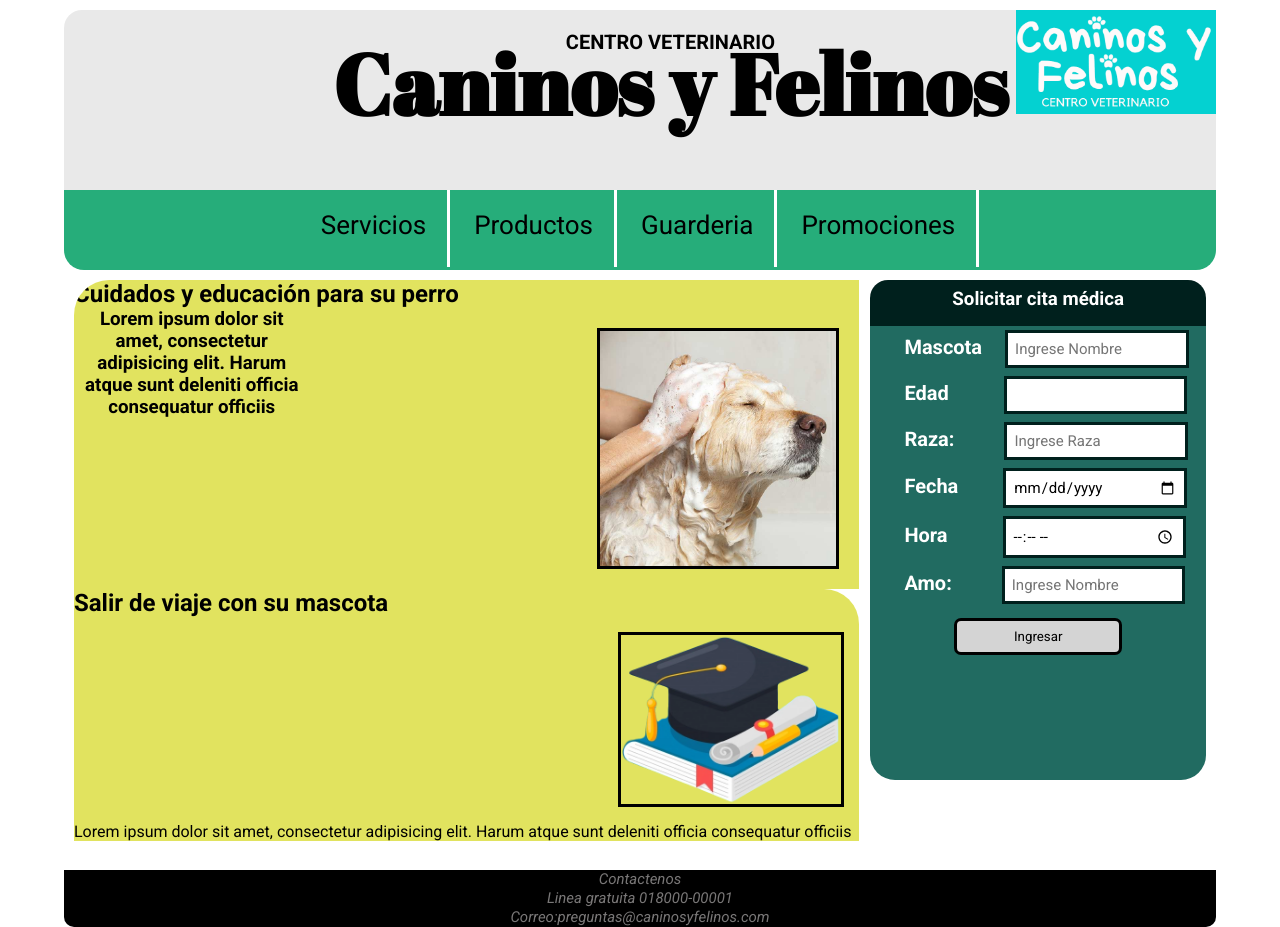
Repository: NickArregoces/Veterinaria
Page: Index.html
The author's editor kept a copy of each file at every save. The page is drawn from the files as they stood at one save, then again after the next save.
The browser window is 1280 px wide. The pictures show the whole page.

Above is the page before, as saved 2021-10-05 17:10:58.

### Index.html
<!DOCTYPE html>
<html lang="en">
<head>
    <meta charset="UTF-8">
    <meta http-equiv="X-UA-Compatible" content="IE=edge">
    <meta name="viewport" content="width=device-width, initial-scale=1.0">
    <title>Canicos y felinos</title>
    <link rel="stylesheet" href="/CSS/Style.css">
    <link href="https://fonts.googleapis.com/css2?family=Roboto:ital,wght@0,100;0,300;0,400;0,500;0,700;0,900;1,100;1,300;1,400;1,500;1,700;1,900&display=swap" rel="stylesheet">
    <link rel="preconnect" href="https://fonts.googleapis.com">
    <link rel="preconnect" href="https://fonts.gstatic.com" crossorigin>
    <link href="https://fonts.googleapis.com/css2?family=Abril+Fatface&display=swap" rel="stylesheet">

</head>
<body>
    <div id="head">
        <header>
            <div class="image">
                <img src="/Images/logo.png" alt="logo">
            </div>
            <div class="title" >
                <h3>CENTRO VETERINARIO</h3>
                <h1>Caninos y Felinos</h1>
            </div>

        </header>

        <div class="navegador">
            <ul class="menu">
                <li><a href="#">Servicios</a></li>
                <li><a href="#">Productos</a></li>
                <li><a href="#">Guarderia</a></li>
                <li><a href="#">Promociones</a></li>
            </ul>
        </div>

    </div>
        <div id="Contenido">
            <div class="section">

                <form action="" class="cita">
                    <h3 style="color: rgb(255, 255, 255);">Solicitar cita médica</h3>
                        <div class="Mascota">
                            <h4>Mascota<input type="text" placeholder="Ingrese Nombre" required></h4>
                        </div>

                        <div class="Edad">
                            <h4>Edad<input type="number" required></h4>
                        </div>

                        <div class="Raza">
                            <h4>Raza:<input type="text" placeholder="Ingrese Raza" required></h4>
                        </div>
                        <div class="Fecha">
                            <h4>Fecha<input type="date" placeholder="" required></h4>
                        </div>

                        <div class="Hora">
                            <h4>Hora<input type="time" required></h4>
                        </div>

                        <div class="Amo">
                            <h4>Amo:<input type="text" placeholder="Ingrese Nombre" required></h4>
                        </div>

                    <div class="button">
                        <button class="sumbit"> Ingresar </button>
                    </div>

                </form>
            </div>

            <div id="Cuadros">
                <aside>
                    <div class="Cuidados">
                        <h2 style="color: rgb(0, 0, 0);">Cuidados y educación para su perro</h2>

                        <div id="Prueba">
                        <img id="Prubea" src="/Images/credit.png" alt="">

                        <h3>Lorem ipsum dolor sit amet, consectetur adipisicing elit.
                            Harum atque sunt deleniti officia consequatur officiis</h3>
                        </div>
                    </div>

                    <div class="Viajes">
                        <h2 style="color: rgb(0, 0, 0);">Salir de viaje con su mascota</h2>

                        <div id="Prueba">
                        <img id="Prubea" src="/Images/Captura de pantalla 2021-10-04 181948.png" alt="">
                        </div>

                        <p>Lorem ipsum dolor sit amet, consectetur adipisicing elit.
                            Harum atque sunt deleniti officia consequatur officiis</p>
                    </div>
                </aside>
            </div>

            <div>
                <footer>
                        <p>Contactenos</p>
                        <p>Linea gratuita 018000-00001</p>
                        <p>Correo:preguntas@caninosyfelinos.com</p>
                </footer>
            </div>
        </div>

</body>
</html>

### CSS/Style.css

*{
    margin: 0 auto;
    padding: 0px;
    list-style:none;
    font-family: 'Roboto', sans-serif;
}
body{
    font-family: Arial, Helvetica, sans-serif;
    background: rgb(255, 255, 255);
    width: 90%;
    color: rgb(0, 0, 0);
}
header{
    width: 100%;
    margin-top: 10px;
    background:rgb(233, 233, 233);
    border-top-left-radius:  18px;
    border-top-right-radius:  18px;
    height: 180px;
}
    img{
        float: right;
        width: 200px;
    }
    .title{
        float: right;
        width: 60%;
        margin-top: 20px;
    }
    header h1{
        font-family: 'Abril Fatface', cursive;
        font-size: 85px;
        text-align: center;
        line-height: 60px;
        display: block;
        color: black;
    }
    header h3{
        font-size: 20px;
        text-align: center;
    }
div.navegador{
    text-align: center;
}
    ul.menu{
        border-bottom-left-radius: 20px 20px;
        border-bottom-right-radius: 20px 20px;
        background: rgb(38, 173, 122);
        height: 80px;
        list-style: none;
        padding: 0;
        max-width: 10000px;
    }
    .menu li a{
        height: 37px;
        font-size: 26px;
        margin-right: 1px;
        text-decoration: none;
        color:black;
        padding: 20px;
        display: inline-block;
    }
    .menu li {
        border-right: solid white;
        display: inline-block;
        }
    .menu li a:hover{
        background: #242323b6;
        color: white;
        }

.section{
    width: 30%;
    float: right;
}
    /*Formulario Login*/
    form{
        background: rgb(33, 107, 97);
        border-radius: 25px;
        margin-top: 10px;
        margin-right:10px;
        margin-bottom: 10px;
        height: 500px;
    }
        form h3{
            text-align: center;
            background: rgb(0, 32, 29);
            height: 30px;
            padding: 8px;
            border-top-left-radius: 18px;
            border-top-right-radius: 18px;
        }
        form h4{
            font-size: 20px;
            padding: 4px;
            margin-left: 30px;
            color: rgb(255, 255, 255);

        }
        form input{
            font-size: 15px;
            width: 55%;
            padding: 7px;
            display: inline;
            border: solid rgb(0, 32, 29);
            margin-left: 10px;
        }
        div.Mascota input {
            margin-left: 23px;
        }
        div.Edad input {
            margin-left: 55px;
        }
        div.Raza input {
            margin-left: 50px;
        }
        div.Fecha input {
            margin-left: 45px;
        }
        div.Hora input {
            margin-left: 55px;
        }
        div.Amo input {
            margin-left: 50px;
        }
        div.button{
            margin-top: 10px;
            margin: auto;
            text-align: center;
            width: 50%;
            cursor: pointer;
        }
        button{
            margin-top: 10px;
            width: 100%;
            padding: 8px;
            background: rgb(212, 212, 212);
            border-radius: 7px;
            border: solid black;
            cursor: pointer;
        }
        button:hover{
            background: #000000b6;
            color: rgb(255, 255, 255);
        }
aside{
    width: 69%;
    height: 580px;
    margin-top: 10px;
    float: left;
    margin-bottom: 10px;
}
    div.Cuidados{
        border-top-left-radius: 35px;
        margin-left: 10px;
        background: rgba(216, 219, 45, 0.76);
        overflow:hidden;
    }
    /*Centrado Imagenes aside*/
    #Prueba{
        float: right;
    }
        div.Cuidados img {
            margin: 20px;
            width: 30%;
            border: solid black;
        }
        /*Efecto Imagenes aside*/
        div img:hover{
            -webkit-transform:scale(0.9);
            transform:scale(0.9);
        }
        div.Cuidados h3{
            width: 30%;
            display: inline-block;
            text-align: center;
        }

    div.Viajes {
        border-top-right-radius: 35px;
        margin-left: 10px;
        background: rgba(216, 219, 45, 0.76);
     }
        div.Viajes img {
            width: 220px;
            margin: 15px;
            border: solid black;
        }
        div.Viajes p{
            display: inline-block;
            text-align: center;
        }

footer{
    background: black;
    clear: both;
    border-bottom-left-radius: 10px;
    border-bottom-right-radius: 10px;
}
    footer p{
        font-size: 15px;
        text-align: center;
        line-height: 15px;
        color: rgb(121, 119, 119);
        font-style:italic;
        padding: 2px;
    }

After the next save:
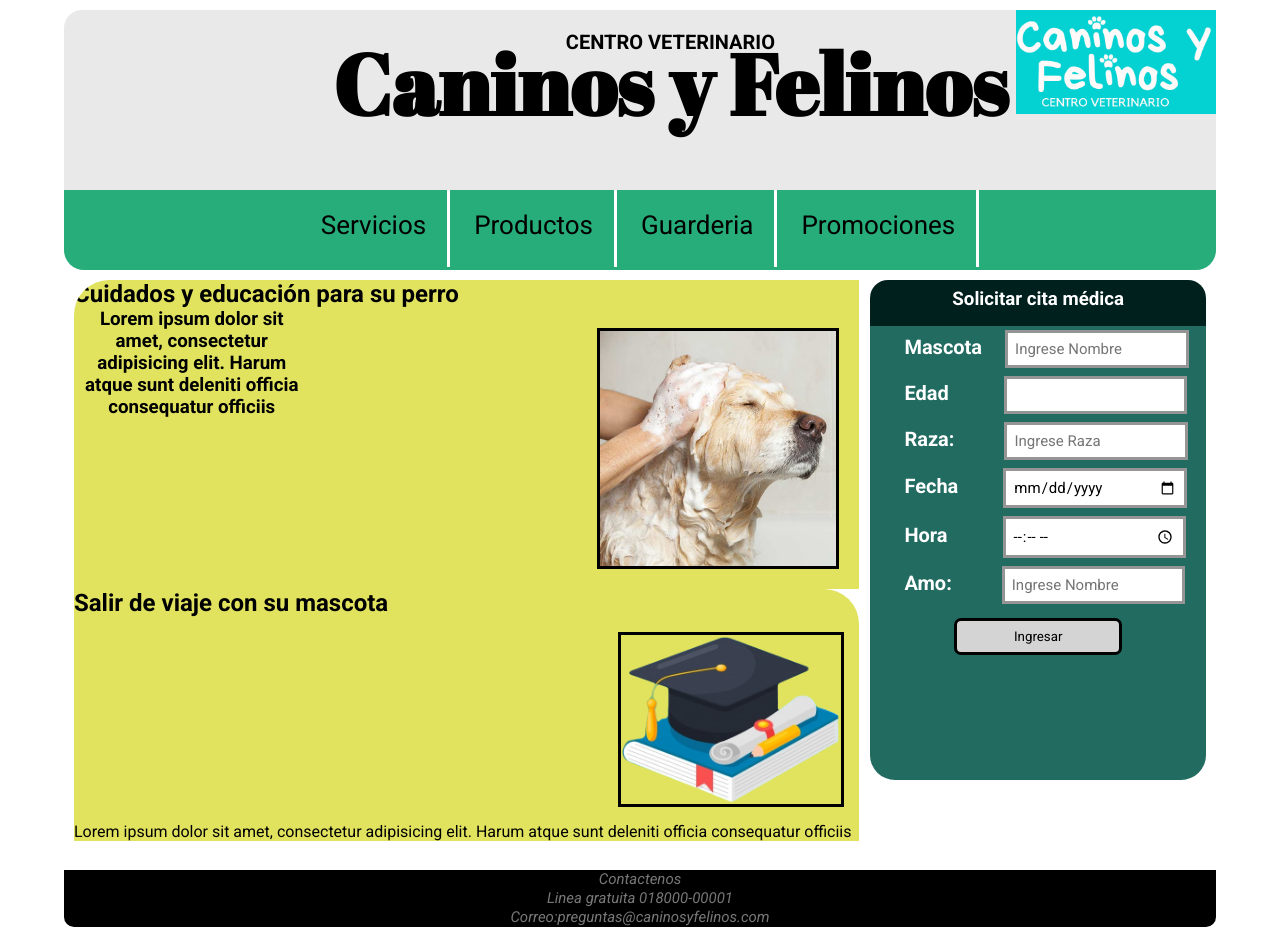
Saved 14 s later.
--- a/CSS/Style.css
+++ b/CSS/Style.css
@@ -103,7 +103,7 @@
             width: 55%;
             padding: 7px;
             display: inline;
-            border: solid rgb(0, 32, 29);
+            border: solid  rgb(149, 149, 149);
             margin-left: 10px;
         }
         div.Mascota input {

After the save that followed:
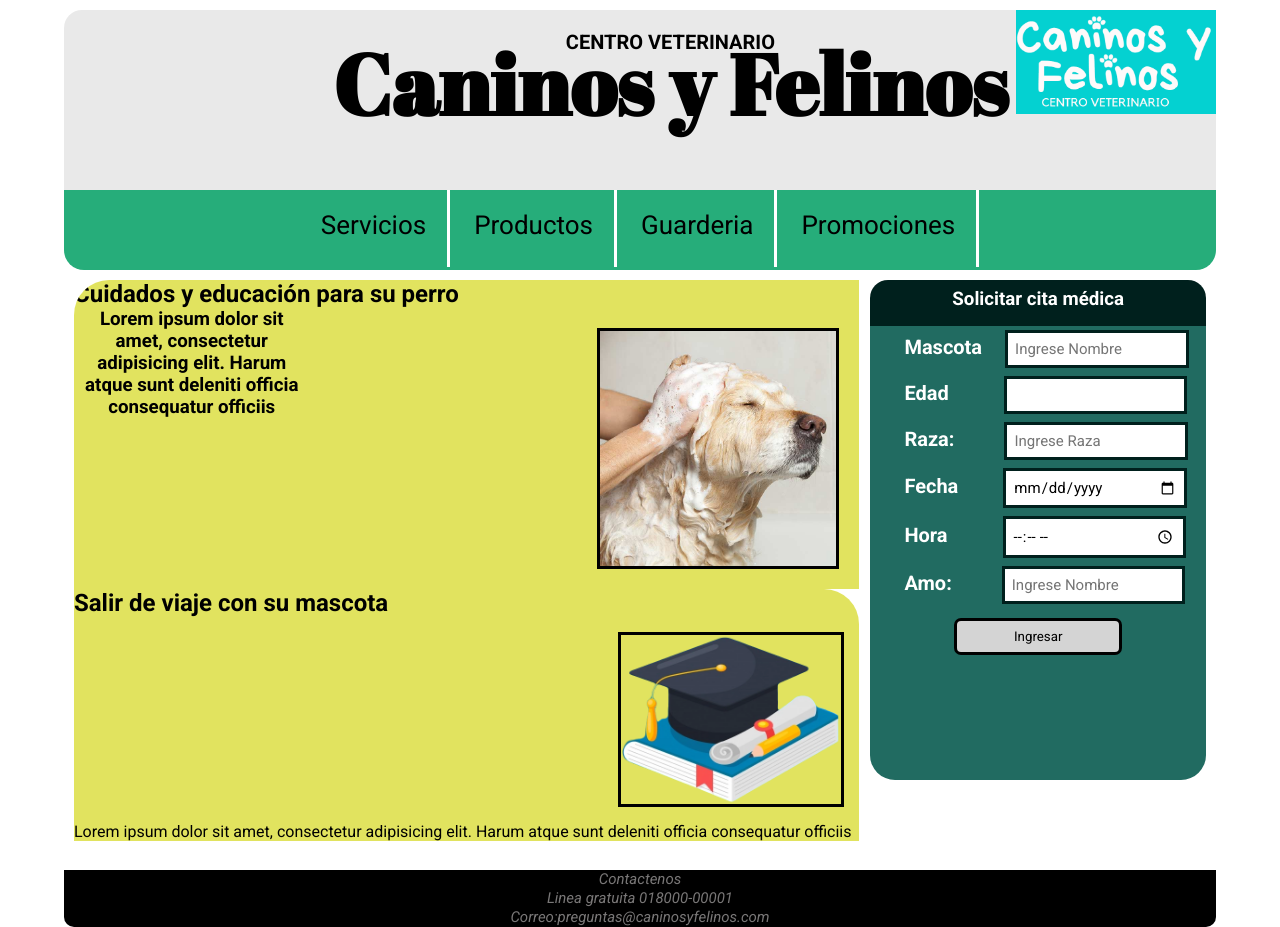
Saved 9 s later.
--- a/CSS/Style.css
+++ b/CSS/Style.css
@@ -103,7 +103,7 @@
             width: 55%;
             padding: 7px;
             display: inline;
-            border: solid  rgb(149, 149, 149);
+            border: solid rgb(0, 32, 29);
             margin-left: 10px;
         }
         div.Mascota input {
